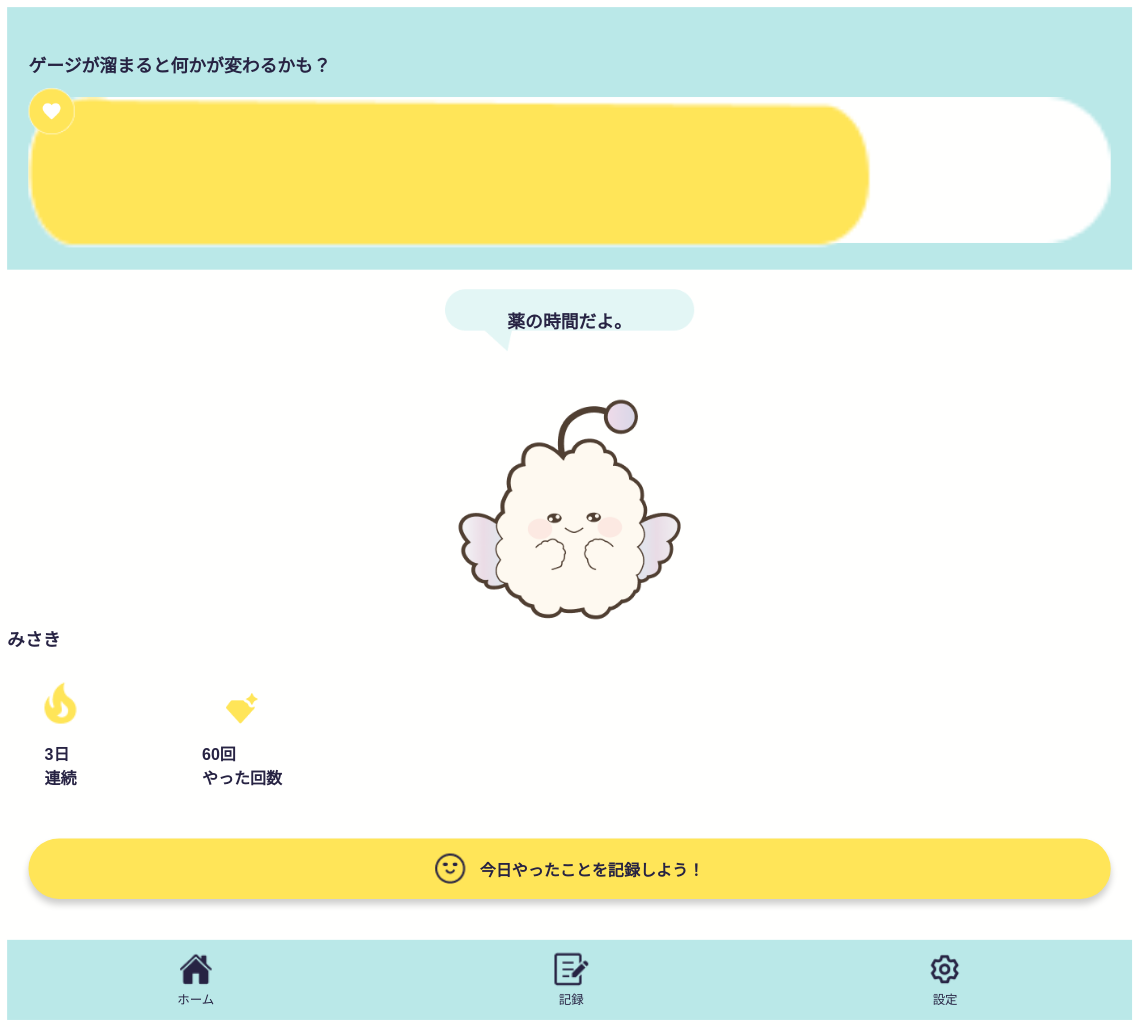
Repository: misaki0919/Self-care
Page: home_page.html
These files come from the project's save history. The page is drawn as it stood at one moment and after the next save; the edit follows.
The browser window is 1280 px wide. The pictures show the whole page, at 89% of full size.
Some web fonts or font styles are not loaded; a fallback is used.

Above is the page before, as saved 2026-07-20 19:43:18.

After the next save:
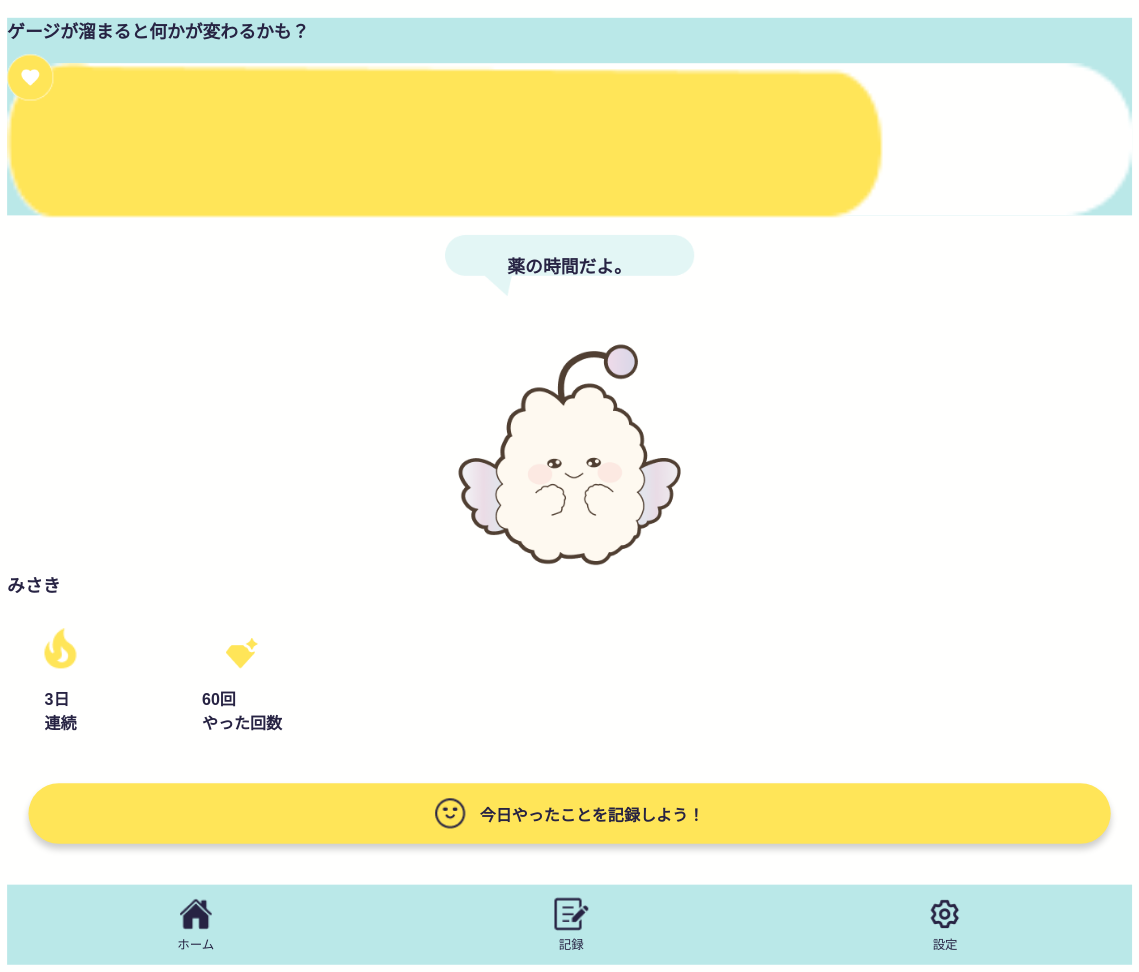
Saved 81 s later.
--- a/css/home_page.css
+++ b/css/home_page.css
@@ -27,7 +27,7 @@
 
 .header-wrap{
     background:#BAE8E8;
-    padding:30px 24px;
+    /* padding:30px 24px; */
 }
 
 .ge-ji{

After the save that followed:
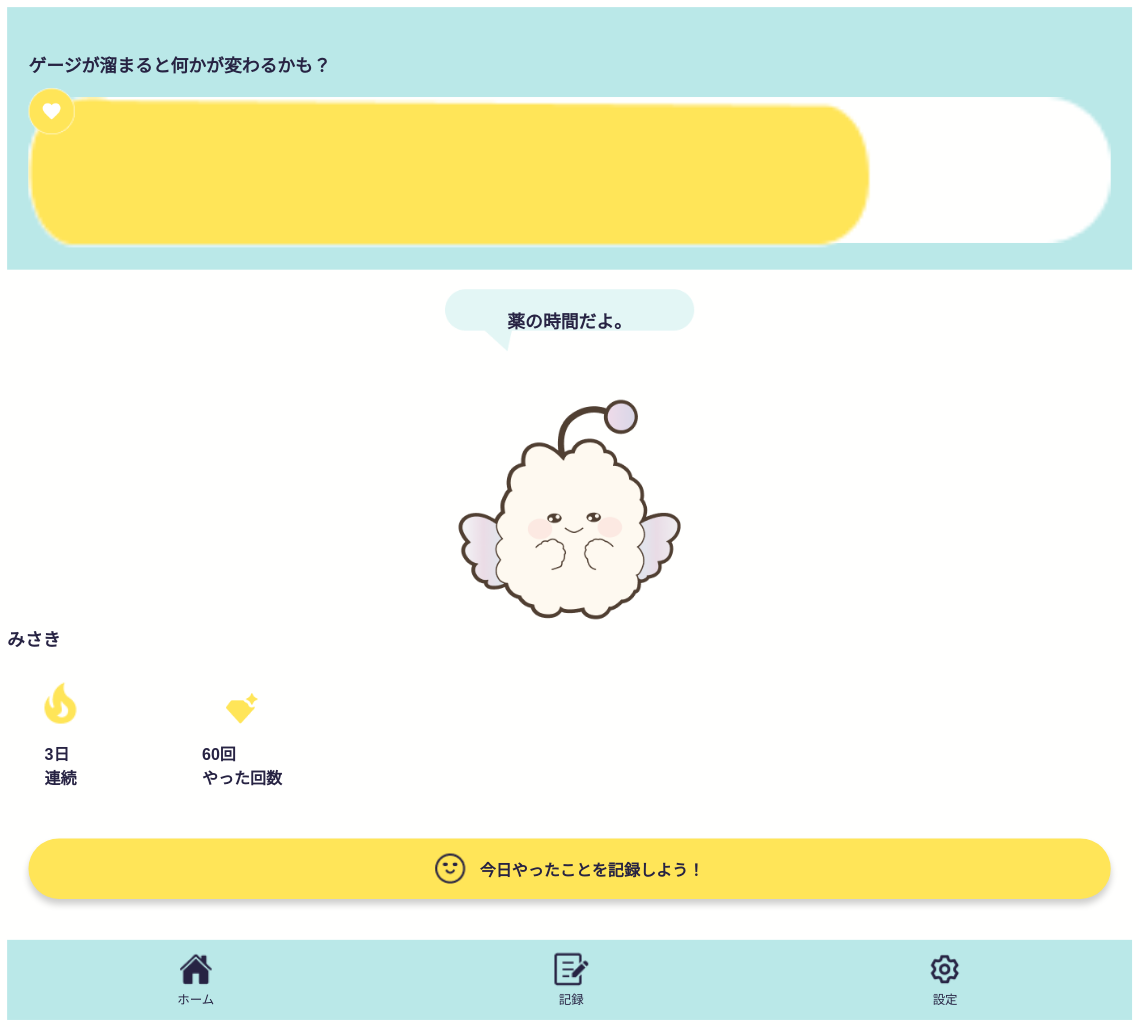
Saved 11 s later.
--- a/css/home_page.css
+++ b/css/home_page.css
@@ -27,7 +27,7 @@
 
 .header-wrap{
     background:#BAE8E8;
-    /* padding:30px 24px; */
+    padding:30px 24px;
 }
 
 .ge-ji{
